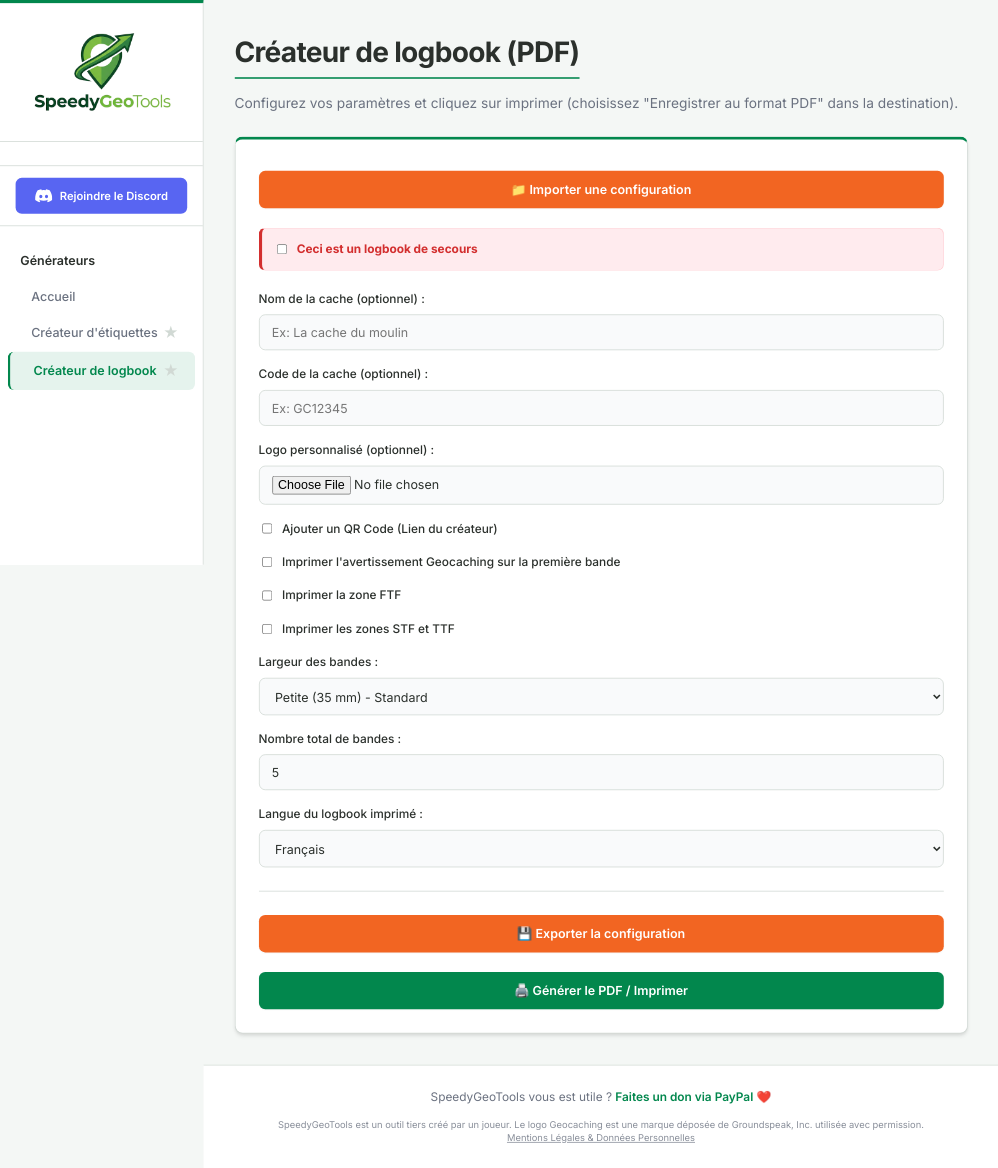
Repository: rodafux/SpeedyGeoTools
Page: logbook.html
These files come from the project's save history. The page is drawn as it stood at one moment and after the next save; the edit follows.
The browser window is 1280 px wide. The pictures show the whole page, at 78% of full size.

Above is the page before, as saved 2026-04-10 23:18:50.

### logbook.html
<!DOCTYPE html>
<html lang="fr">
<head>
    <meta charset="UTF-8">
    <meta name="viewport" content="width=device-width, initial-scale=1.0">
    <title>SpeedyGeoTools - Créateur de logbook</title>
    <link rel="preconnect" href="https://fonts.googleapis.com">
    <link rel="preconnect" href="https://fonts.gstatic.com" crossorigin>
    <link href="https://fonts.googleapis.com/css2?family=Inter:wght@400;500;600;700&display=swap" rel="stylesheet">
    <link rel="stylesheet" href="css/style.css">
    <link rel="stylesheet" href="css/print.css">
    <script src="https://cdnjs.cloudflare.com/ajax/libs/qrious/4.0.2/qrious.min.js"></script>
</head>
<body>
    <div class="app-sidebar no-print">
        <a href="index.html" class="sidebar-brand">
            <img src="logo.png" alt="SpeedyGeoTools" class="brand-logo">
        </a>
        <div id="google_translate_element" class="translation-widget"></div>
        <div class="sidebar-discord">
            <a href="https://discord.gg/7D9yHJCKaA" target="_blank">
                <svg viewBox="0 0 127.14 96.36" width="22" height="22" fill="currentColor">
                    <path d="M107.7,8.07A105.15,105.15,0,0,0,81.47,0a72.06,72.06,0,0,0-3.36,6.83A97.68,97.68,0,0,0,49,6.83,72.37,72.37,0,0,0,45.64,0,105.89,105.89,0,0,0,19.39,8.09C2.79,32.65-1.71,56.6.54,80.21h0A105.73,105.73,0,0,0,32.71,96.36,77.7,77.7,0,0,0,39.6,85.25a68.42,68.42,0,0,1-10.85-5.18c.91-.66,1.8-1.34,2.66-2a75.57,75.57,0,0,0,64.32,0c.87.71,1.76,1.39,2.66,2a68.68,68.68,0,0,1-10.87,5.19,77,77,0,0,0,6.89,11.1A105.25,105.25,0,0,0,126.6,80.22h0C129.24,52.84,122.09,29.11,107.7,8.07ZM42.45,65.69C36.18,65.69,31,60,31,53s5-12.74,11.43-12.74S54,46,53.89,53,48.84,65.69,42.45,65.69Zm42.24,0C78.41,65.69,73.31,60,73.31,53s5-12.74,11.43-12.74S96.33,46,96.22,53,91.08,65.69,84.69,65.69Z"/>
                </svg>
                <span>Rejoindre le Discord</span>
            </a>
        </div>
        <div class="sidebar-nav">
            <details open>
                <summary>Générateurs</summary>
                <a href="index.html">Accueil</a>
                <a href="etiquettes.html">Créateur d'étiquettes</a>
                <a href="logbook.html" class="active">Créateur de logbook</a>
            </details>
        </div>
    </div>
    <div class="app-content">
        <div class="container no-print">
            <h1>Créateur de logbook (PDF)</h1>
            <p class="subtitle">Configurez vos paramètres et cliquez sur imprimer (choisissez "Enregistrer au format PDF" dans la destination).</p>
            <div class="main-layout" style="display:block;">
                <div class="controls-panel">
                    <div style="margin-bottom: 25px;">
                        <input type="file" id="importLogbook" accept=".json" onchange="importLogbookConfig(event)" style="display: none;">
                        <button onclick="document.getElementById('importLogbook').click()" class="btn-secondary">📁 Importer une configuration</button>
                    </div>

                    <div class="form-group checkbox-group emergency-toggle">
                        <input type="checkbox" id="isEmergency">
                        <label for="isEmergency" style="color: #d32f2f; font-weight: bold;">Ceci est un logbook de secours</label>
                    </div>
                    <div class="form-group" id="emergencyPseudoGroup" style="display: none;">
                        <label for="emergencyPseudo">Votre pseudo (Déposé par) :</label>
                        <input type="text" id="emergencyPseudo" placeholder="Ex: GeoTrouveTout">
                    </div>
                    <div id="standardOptions">
                        <div class="form-group">
                            <label for="cacheName">Nom de la cache (optionnel) :</label>
                            <input type="text" id="cacheName" placeholder="Ex: La cache du moulin">
                        </div>
                        <div class="form-group">
                            <label for="cacheCode">Code de la cache (optionnel) :</label>
                            <input type="text" id="cacheCode" placeholder="Ex: GC12345">
                        </div>
                        <div class="form-group">
                            <label for="logoInput">Logo personnalisé (optionnel) :</label>
                            <input type="file" id="logoInput" accept="image/png, image/jpeg">
                        </div>
                        <div class="form-group checkbox-group">
                            <input type="checkbox" id="hasQrCode">
                            <label for="hasQrCode">Ajouter un QR Code (Lien du créateur)</label>
                        </div>
                        <div class="form-group" id="qrUrlGroup" style="display: none;">
                            <label for="qrUrl">Lien du QR Code :</label>
                            <input type="text" id="qrUrl" placeholder="https://...">
                        </div>
                    </div>
                    <div class="form-group checkbox-group">
                        <input type="checkbox" id="hasWarning">
                        <label for="hasWarning">Imprimer l'avertissement Geocaching sur la première bande</label>
                    </div>
                    <div id="podiumOptions">
                        <div class="form-group checkbox-group">
                            <input type="checkbox" id="hasFtf">
                            <label for="hasFtf">Imprimer la zone FTF</label>
                        </div>
                        <div class="form-group checkbox-group sub-checkbox" id="ftfTamponGroup" style="display: none;">
                            <input type="checkbox" id="hasFtfTampon" checked>
                            <label for="hasFtfTampon">Agrandir la zone FTF (Espace Tampon)</label>
                        </div>
                        <div class="form-group checkbox-group">
                            <input type="checkbox" id="hasStfTtf">
                            <label for="hasStfTtf">Imprimer les zones STF et TTF</label>
                        </div>
                        <div class="form-group checkbox-group sub-checkbox" id="stfTtfTamponGroup" style="display: none;">
                            <input type="checkbox" id="hasStfTtfTampon" checked>
                            <label for="hasStfTtfTampon">Agrandir les zones STF/TTF (Espace Tampon)</label>
                        </div>
                    </div>
                    <div class="form-group">
                        <label for="stripWidth">Largeur des bandes :</label>
                        <select id="stripWidth">
                            <option value="25">Micro (25 mm) - Sans tampons ni textes</option>
                            <option value="35" selected>Petite (35 mm) - Standard</option>
                            <option value="45">Normale (45 mm) - Large</option>
                        </select>
                    </div>
                    <div class="form-group">
                        <label for="stripCount">Nombre total de bandes :</label>
                        <input type="number" id="stripCount" value="5" min="1" max="100">
                    </div>
                    <div class="form-group">
                        <label for="pdfLanguage">Langue du logbook imprimé :</label>
                        <select id="pdfLanguage">
                            <option value="fr" selected>Français</option>
                            <option value="en">English (Anglais)</option>
                            <option value="de">Deutsch (Allemand)</option>
                            <option value="es">Español (Espagnol)</option>
                            <option value="it">Italiano (Italien)</option>
                            <option value="pt">Português (Portugais)</option>
                            <option value="nl">Nederlands (Néerlandais)</option>
                            <option value="cs">Čeština (Tchèque)</option>
                        </select>
                    </div>

                    <div style="margin-top: 30px; border-top: 1px solid var(--border-color); padding-top: 20px;">
                        <button onclick="exportLogbookConfig()" class="btn-secondary" style="margin-bottom: 15px;">💾 Exporter la configuration</button>
                        <button onclick="generateAndPrint()">🖨️ Générer le PDF / Imprimer</button>
                    </div>
                </div>
            </div>
        </div>
        <footer class="site-footer no-print">
            <p>SpeedyGeoTools vous est utile ? <a href="https://paypal.me/JulienPorcher" target="_blank" rel="noopener noreferrer">Faites un don via PayPal</a> ❤️</p>
            <p class="disclaimer">
                SpeedyGeoTools est un outil tiers créé par un joueur. Le logo Geocaching est une marque déposée de Groundspeak, Inc. utilisée avec permission.<br>
                <a href="mentions-legales.html">Mentions Légales & Données Personnelles</a>
            </p>
        </footer>
    </div>
    <div id="render-area"></div>
    <script type="text/javascript" src="//translate.google.com/translate_a/element.js?cb=googleTranslateElementInit"></script>
    <script src="js/i18n.js"></script>
    <script src="js/logbook.js"></script>
    <script src="js/main.js"></script>
</body>
</html>

### css/print.css
@media print {
    @page { size: A4 portrait; margin: 0; }
    body { background: white; padding: 0; margin: 0; color: black; font-family: sans-serif; display: block; }
    body > * { display: none !important; }
    body > #render-area { display: block !important; width: 100%; }
    .a4-page { width: 210mm; height: 297mm; padding: 10mm 15mm; box-sizing: border-box; display: flex; justify-content: center; break-after: page; }
    .a4-page:last-child { page-break-after: auto; break-after: auto; }
    .log-strip { height: 100%; border: 1px solid #000; border-left: none; box-sizing: border-box; display: flex; flex-direction: column; overflow: hidden; }
    .log-strip:first-child { border-left: 1px solid #000; }
    .staple-area { min-height: 10mm; border-bottom: 1px dashed #999; }
    .official-logo-box { text-align: center; padding: 5mm 0; border-bottom: 1px solid #000; }
    .official-logo-box img { width: 20mm; height: auto; }
    .official-logo-box div { font-size: 7px; font-weight: bold; margin-top: 2px; }
    .strip-logo { width: 100%; max-height: 25mm; object-fit: contain; margin: 4mm 0; padding: 0 2mm; box-sizing: border-box; display: block; }
    .logo-container { border-bottom: 1px solid #000; }
    .created-on { text-align: center; font-size: 9px; font-weight: bold; background-color: #000 !important; color: #FFF !important; padding: 4px 1mm; border-bottom: 1px solid #000; text-transform: uppercase; letter-spacing: 0.3px; -webkit-print-color-adjust: exact; print-color-adjust: exact; }
    .cache-info { text-align: center; padding: 4px 3mm 4px 5mm; border-bottom: 1px solid #000; font-size: 10px; }
    .cache-info strong { font-size: 11px; display: block; }
    .emergency-box { padding: 6px 3mm 6px 5mm; border-bottom: 1px solid #000; font-size: 8px; line-height: 1.6; }
    .emergency-box strong { display: block; text-align: center; font-size: 10px; margin-bottom: 4px; }
    .warning-text { font-size: 6.5px; padding: 4px 3mm 4px 5mm; text-align: justify; line-height: 1.2; border-bottom: 1px solid #000; }
    .warning-text strong { display: block; text-align: center; margin-bottom: 3px; font-size: 7.5px; }
    .warning-text ul { padding-left: 8px; margin: 3px 0; }
    .qr-box { padding: 4px 3mm 4px 5mm; text-align: center; border-bottom: 1px solid #000; }
    .qr-title { font-size: 7px; font-weight: bold; margin-bottom: 2px; }
    .qr-warn { font-size: 6px; margin-top: 2px; color: #333; }
    .podium-box { display: flex; flex-direction: column; border-bottom: 1px solid #000; }
    .podium-stamp { border-bottom: 1px dotted #888; display: flex; flex-direction: column; padding: 2px 2px 2px 5mm; box-sizing: border-box; }
    .podium-stamp.with-tampon { min-height: 35mm; }
    .podium-stamp:last-child { border-bottom: none; }
    .podium-header { display: flex; flex-wrap: wrap; align-items: center; gap: 3px; font-size: 7px; color: #333; margin-bottom: 2mm; }
    .podium-title { font-weight: bold; font-size: 10px; color: #000; margin-right: 2px; }
    .podium-input-date { font-style: italic; }
    .podium-input-pseudo { font-style: italic; flex-grow: 1; }
    .podium-tampon { flex-grow: 1; display: flex; align-items: center; justify-content: center; font-size: 10px; color: #aaa; text-transform: uppercase; letter-spacing: 1px; border: 1px dotted #ccc; }
    .logs-container { flex-grow: 1; display: flex; flex-direction: column; }
    .log-row { flex: 1; border-bottom: 1px solid #ccc; box-sizing: border-box; display: flex; }
    .log-row:last-child { border-bottom: none; }
    .staple-spacer { border-bottom: 1px solid #ccc; }
    .log-date { width: 10mm; border-right: 1px dotted #ccc; font-size: 7px; padding: 2px 2px 2px 3mm; color: #666; box-sizing: border-box; }
    .log-name { flex-grow: 1; font-size: 7px; padding: 2px 2px 2px 2mm; color: #666; box-sizing: border-box; }
}

Loaded but not shown: js/logbook.js (398 lines, source omitted); js/i18n.js (218 lines, source omitted); js/main.js (127 lines, source omitted); css/style.css (180 lines, source omitted)

After the next save:
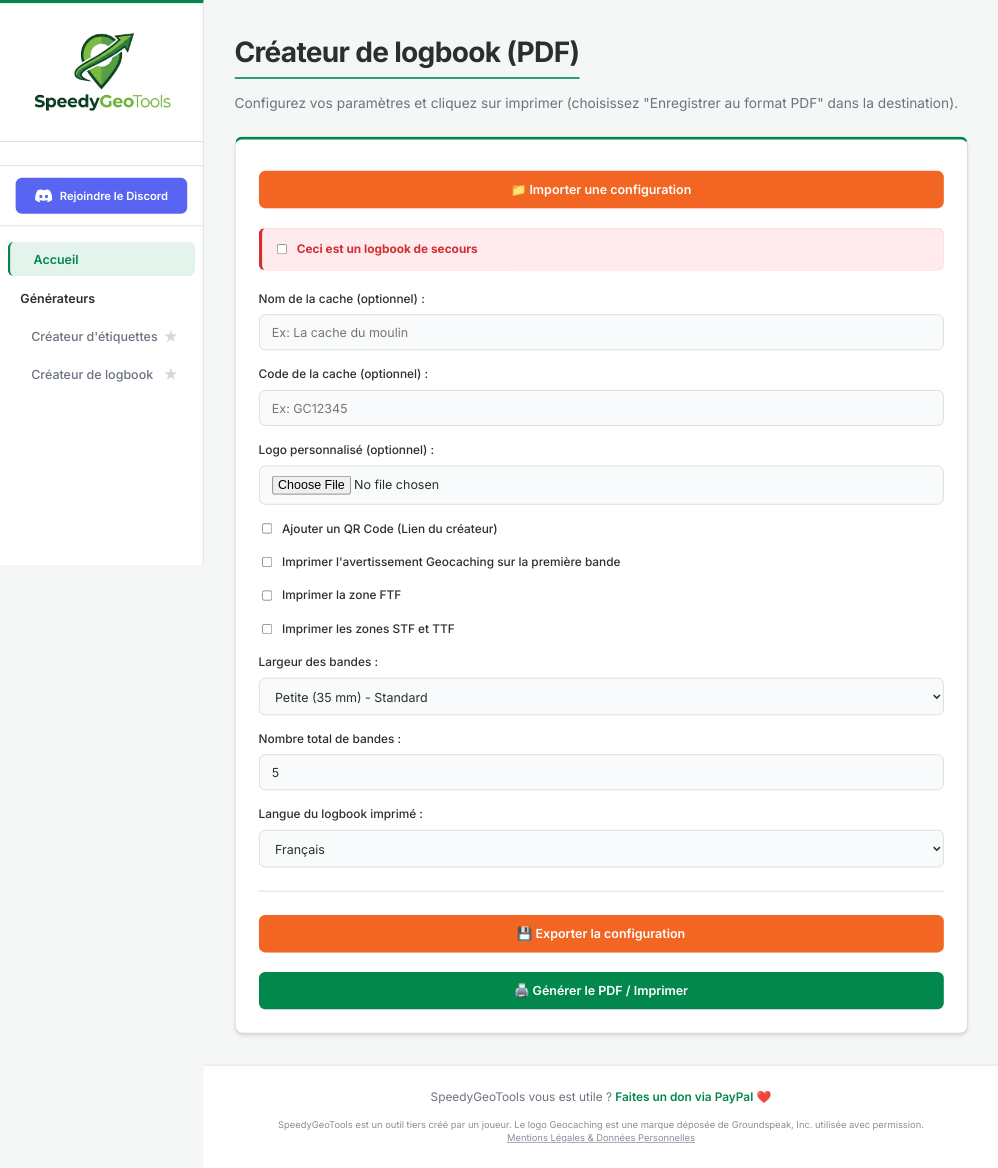
Saved 48 s later.
--- a/logbook.html
+++ b/logbook.html
@@ -26,11 +26,12 @@
             </a>
         </div>
         <div class="sidebar-nav">
+            <a href="index.html" class="active">Accueil</a>
+
             <details open>
                 <summary>Générateurs</summary>
-                <a href="index.html">Accueil</a>
                 <a href="etiquettes.html">Créateur d'étiquettes</a>
-                <a href="logbook.html" class="active">Créateur de logbook</a>
+                <a href="logbook.html">Créateur de logbook</a>
             </details>
         </div>
     </div>
